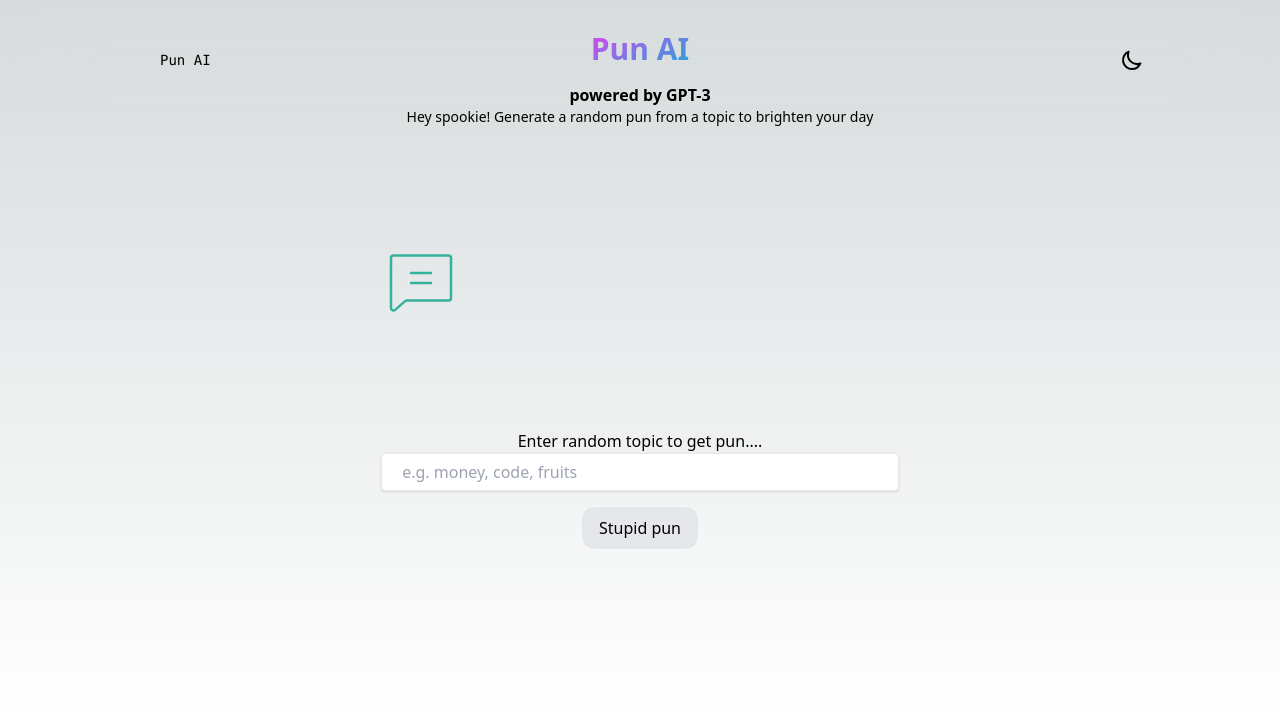
Repository: tushcmd/next-puns-ai
Page: /
An editor plug-in stored every save of this project. The page is shown before and after the next save, followed by the edit.
The browser window is 1280 px wide. The pictures show the whole page.
The project was rebuilt for these pictures with package versions that can differ from the ones it lists, and the page was loaded fresh each time. The framework's server and built-in components were replaced by stand-ins that run in the browser. Also part of the build but not shown: next.config.mjs, app/components/Spinner.tsx.

Above is the page before, as saved 2024-03-08 01:25:04.

### app/layout.tsx
import type { Metadata } from "next";
import { Inter } from "next/font/google";
import "./globals.css";

const inter = Inter({ subsets: ["latin"] });

export const metadata: Metadata = {
  title: "Create Next App",
  description: "Generated by create next app",
};

export default function RootLayout({
  children,
}: Readonly<{
  children: React.ReactNode;
}>) {
  return (
    <html lang="en">
      <body className={`{inter.className} w-full overflo-y-visible overflow-x-hidden`}>{children}</body>
    </html>
  );
}

### app/page.tsx
import Header from "./components/header";
import Hero from "./components/hero";



export default function Home() {

  return (
    <main className="flex min-h-screen flex-col items-center">
      <Header />
      <Hero />

    </main>
  );
}



 {/* async function handleSubmit(e: FormEvent:<HTMLFormElement>) {
    return ;
  }    */}

{/*Nav*/}
{/*
      <div className="z-10 max-w-5xl w-full items-center justify-between font-mono text-sm lg:flex">
        <p className="fixed left-0 top-0 flex w-full justify-center border-b border-gray-300 bg-gradient-to-b from-zinc-200 py-2 backdrop-blur-2xl dark:border-neutral-800 dark:bg-zinc-800/30 dark:from-inherit lg:static lg:w-auto  lg:rounded-xl lg:border lg:bg-gray-200 lg:p-0 lg:dark:bg-zinc-800/30">
          Pun AI
        </p>

        <div className="fixed bottom-0 left-0 flex h-48 w-full items-end justify-center bg-gradient-to-t from-white via-white dark:from-black dark:via-black lg:static lg:h-auto lg:w-auto lg:bg-none">
          {/*<div>
            Dak
       </div>
          <a
            className="pointer-events-none flex place-items-center gap-2 p-8 lg:pointer-events-auto lg:p-0"
            href="https://tushdev.co/"
            target="_blank"
            rel="noopener noreferrer"
          >
            By{" "}
            <p>@tush</p>
          </a>
        </div>
      </div>

      <div className="relative flex flex-col place-items-center before:absolute before:h-[300px] before:w-full sm:before:w-[480px] before:-translate-x-1/2 before:rounded-full before:bg-gradient-radial before:from-white before:to-transparent before:blur-2xl before:content-[''] after:absolute after:-z-20 after:h-[180px] after:w-full sm:after:w-[240px] after:translate-x-1/3 after:bg-gradient-conic after:from-sky-200 after:via-blue-200 after:blur-2xl after:content-[''] before:dark:bg-gradient-to-br before:dark:from-transparent before:dark:to-blue-700 before:dark:opacity-10 after:dark:from-sky-900 after:dark:via-[#0141ff] after:dark:opacity-40 before:lg:h-[360px] z-[-1]">
        <p className="p-4 lg:pb-8 text-xl">
          Generate a random pun from a topic to brighten your day <br /> with Pun AI
        </p>
        <svg
          xmlns="http://www.w3.org/2000/svg"
          width="156"
          height="156"
          viewBox="0 0 24 24"
          fill="none"
          stroke="#FFFFFF"
          stroke-width="2"
          stroke-linecap="round"
          stroke-linejoin="round"
          className="lucide lucide-smile"><circle cx="12" cy="12" r="10" /><path d="M8 14s1.5 2 4 2 4-2 4-2" /><line x1="9" x2="9.01" y1="9" y2="9" /><line x1="15" x2="15.01" y1="9" y2="9"
          />
        </svg>
      </div>

      <form className="flex flex-col justify-between mb-32 text-center lg:max-w-3xl lg:w-full lg:mb-0 lg:grid-cols-4">
        <div className='w-full mb-4'>
          <label className="block items-center justify-center mb-4" htmlFor="prompt-input">
            Enter random topic to get pun...
          </label>
          <input
            className="shadow appearance-none border rounded w-full py-2 px-3 text-gray-700 leading-tight focus:outline-none focus:shadow-outline"
            id="prompt-input"
            type="text"
            placeholder="e.g. money, code, fruits">
          </input>
        </div>
        <button
          type="submit"
          className="bg-blue-500 hover:bg-blue-700 text-white font-bold py-2 px-4 rounded focus:outline-none focus:shadow-outline"
        >
          Generate Pun
        </button>
      </form> */}

### app/globals.css
@tailwind base;
@tailwind components;
@tailwind utilities;

:root {
  --foreground-rgb: 0, 0, 0;
  --background-start-rgb: 214, 219, 220;
  --background-end-rgb: 255, 255, 255;
}

* {
  scroll-behavior: smooth;
}

@media (prefers-color-scheme: dark) {
  :root {
    --foreground-rgb: 255, 255, 255;
    --background-start-rgb: 0, 0, 0;
    --background-end-rgb: 0, 0, 0;
  }
}

body {
  color: rgb(var(--foreground-rgb));
  background: linear-gradient(
      to bottom,
      transparent,
      rgb(var(--background-end-rgb))
    )
    rgb(var(--background-start-rgb));
}

@layer utilities {
  .text-balance {
    text-wrap: balance;
  }
}

### app/components/header.tsx
import Link from "next/link";
import ThemeSwitchButton from "./ThemeSwitchButton";

export default function Header() {
    return (
        <header className="fixed flex justify-center items-center w-full t-0 md:pb-4 md:pt-4 backdrop-blur-2xl">
            <div className="flex flex-row items-center w-full py-6 md:max-w-5xl justify-between font-mono text-sm">
                <Link
                    className="px-8"
                    href='/'
                >
                    Pun AI
                </Link>

                <ThemeSwitchButton />
            </div>
        </header>


    );
}


{/*<header className = 'fixed flex justify-center items-center w-full z-50 t-0 border-gray-300 bg-gradient-to-b from-zinc-200 pb-6 pt-8 backdrop-blur-2xl dark:border-neutral-800 dark:bg-zinc-800/30 dark:from-inherit lg:static  lg:rounded-xl lg:border lg:bg-gray-200 lg:p-4 lg:dark:bg-zinc-800/30'>
            <div className="flex items-start md:max-w-5xl py-3 w-auto md:px-5 px-5 justify-start font-mono text-sm">
                <Link href='/' className=''> Pun AI</Link>
            </div>
        </header> */}

{/*} <div className="flex flex-row z-10 max-w-5xl w-full items-center justify-between font-mono text-sm">
            <p className="fixed left-0 top-0 flex items-start border-b border-gray-300 bg-gradient-to-b from-zinc-200 pb-6 pt-8 backdrop-blur-2xl dark:border-neutral-800 dark:bg-zinc-800/30 dark:from-inherit lg:static w-auto  lg:rounded-xl lg:border lg:bg-gray-200 lg:p-4 lg:dark:bg-zinc-800/30">
                Pun AI
            </p>
            <p>h2</p>
        </div> */}

### app/components/hero.tsx
'use client'

import { useState, FormEvent } from "react";
import Spinner from "./Spinner";




export default function Hero() {

    const [pun, setPun] = useState("");
    const [punLoading, setPunLoading] = useState(false);
    const [punLoadingError, setPunLoadingError] = useState(false);

    async function handleSubmit(e: FormEvent<HTMLFormElement>) {
        e.preventDefault();
        const formData = new FormData(e.target as HTMLFormElement);
        const prompt = formData.get("prompt")?.toString().trim();

        if (prompt) {
            try {
                setPun("");
                setPunLoadingError(false);
                setPunLoading(true);

                const response = await fetch("/api/cringe?prompt=" + encodeURIComponent(prompt));
                const body = await response.json();
                setPun(body.pun);
            } catch (error) {
                console.error(error);
                setPunLoadingError(true);
            } finally {
                setPunLoading(false);
            }
        }
    }



    return (
        <div className="flex flex-col relative justify-center items-center h-screen md:py-10 py-6 overflow-wrap max-w-3xl px-5">
            <p className="text-3xl font-bold pb-4 bg-gradient-to-br from-fuchsia-500 to-cyan-500 bg-clip-text text-transparent">Pun AI</p>
            <p className="text-base font-bold">powered by GPT-3</p>
            <div className="text-sm">Hey spookie! Generate a random pun from a topic to brighten your day</div>
            <div className='mx-[2rem] relative w-full flex items-center aspect-[12/7]'>
                <svg xmlns="http://www.w3.org/2000/svg" width="80" height="80" fill="#34b29b" viewBox="0 0 256 256"><path d="M216,52H40A12,12,0,0,0,28,64V224a11.89,11.89,0,0,0,6.93,10.88A12.17,12.17,0,0,0,40,236a11.89,11.89,0,0,0,7.69-2.83l.06-.06,32.14-28.17A4,4,0,0,1,82.5,204H216a12,12,0,0,0,12-12V64A12,12,0,0,0,216,52Zm4,140a4,4,0,0,1-4,4H82.5a12.1,12.1,0,0,0-7.79,2.87l-32.16,28.2A4,4,0,0,1,36,224V64a4,4,0,0,1,4-4H216a4,4,0,0,1,4,4Zm-56-80a4,4,0,0,1-4,4H96a4,4,0,0,1,0-8h64A4,4,0,0,1,164,112Zm0,32a4,4,0,0,1-4,4H96a4,4,0,0,1,0-8h64A4,4,0,0,1,164,144Z"></path></svg>
            </div>
            <form onSubmit={handleSubmit} className='flex flex-col justify-between mb-32 text-center items-center'>
                <div className='mb-4'>
                    <label
                        className="pb-8"
                    >
                        Enter random topic to get pun....
                    </label>
                    <input
                        className="shadow appearance-none border rounded w-full py-2 px-5 text-gray-700 leading-tight focus:outline-none focus:shadow-outline"
                        id="prompt-input"
                        type="text"
                        placeholder="e.g. money, code, fruits">
                    </input>
                </div>
                <button type='submit' className='mb-3 border static rounded-xl bg-gray-200 py-2 px-4 hover:bg-zinc-400 dark:bg-zinc-800/30' disabled={punLoading}>
                    Stupid pun
                </button>
            </form>

            {punLoading && <Spinner />}
            {punLoadingError && "Something went wrong. Please try again."}
            {pun && <h5>{pun}</h5>}
        </div>
    )
}

### app/components/ThemeSwitchButton.tsx
'use client'

import { useEffect, useState } from 'react';
import { useTheme } from 'next-themes';

export default function ThemeSwitchButton() {
    const [mounted, setMounted] = useState(false);
    const { resolvedTheme, setTheme } = useTheme();
    // After mounting, we have access to the theme
    useEffect(() => setMounted(true), []);

    return (

        <button
            aria-label="Toggle Dark Mode"
            type="button"
            className="w-10 h-10  flex items-center justify-center hover:bg-neutral-200 hover:dark:bg-neutral-600 rounded-full transition-all"
            onClick={() =>
                setTheme(resolvedTheme === "dark" ? "light" : "dark")
            }
        >
            {mounted && (
                <svg xmlns="http://www.w3.org/2000/svg"
                    fill="none"
                    viewBox="0 0 24 24"
                    strokeWidth="1.5"
                    stroke="currentColor"
                    className="w-6 h-6 switch">

                    {resolvedTheme === "dark" ? (
                        <path
                            strokeLinecap="round"
                            strokeLinejoin="round"
                            strokeWidth={2}
                            d="M12 3v1m0 16v1m9-9h-1M4 12H3m15.364 6.364l-.707-.707M6.343 6.343l-.707-.707m12.728 0l-.707.707M6.343 17.657l-.707.707M16 12a4 4 0 11-8 0 4 4 0 018 0z"
                        />

                    ) : (
                        <path
                            strokeLinecap="round"
                            strokeLinejoin="round"
                            strokeWidth={2}
                            d="M20.354 15.354A9 9 0 018.646 3.646 9.003 9.003 0 0012 21a9.003 9.003 0 008.354-5.646z"
                        />

                    )}
                </svg>
            )
            }
        </button >

    )
}

### tailwind.config.ts
import type { Config } from "tailwindcss";

const config: Config = {
  content: [
    "./pages/**/*.{js,ts,jsx,tsx,mdx}",
    "./components/**/*.{js,ts,jsx,tsx,mdx}",
    "./app/**/*.{js,ts,jsx,tsx,mdx}",
  ],
  theme: {
    extend: {
      backgroundImage: {
        "gradient-radial": "radial-gradient(var(--tw-gradient-stops))",
        "gradient-conic":
          "conic-gradient(from 180deg at 50% 50%, var(--tw-gradient-stops))",
      },
      screens: {
        sm: '480px',
        md: '768px',
        lg: '976px',
        xl: '1440px',
      },
    },
  },
  plugins: [],
};
export default config;

### app/components/footer.tsx
import Link from "next/link";


export default function Footer() {
    return (
        <div className="inline-flex p-6 max-w-3xl gap-3">
            <div>
                <Link
                    href="https://github.com/#"
                    target="_blank"
                    rel="noreferrer"
                    className="text-gray-500 hover:text-gray-900 dark:text-gray-400 dark:hover:text-gray-200"
                >
                    <svg xmlns="http://www.w3.org/2000/svg" width="24" height="24" viewBox="0 0 24 24" fill="none" stroke="currentColor" stroke-width="2" stroke-linecap="round" stroke-linejoin="round" className="lucide lucide-github"><path d="M15 22v-4a4.8 4.8 0 0 0-1-3.5c3 0 6-2 6-5.5.08-1.25-.27-2.48-1-3.5.28-1.15.28-2.35 0-3.5 0 0-1 0-3 1.5-2.64-.5-5.36-.5-8 0C6 2 5 2 5 2c-.3 1.15-.3 2.35 0 3.5A5.403 5.403 0 0 0 4 9c0 3.5 3 5.5 6 5.5-.39.49-.68 1.05-.85 1.65-.17.6-.22 1.23-.15 1.85v4" /><path d="M9 18c-4.51 2-5-2-7-2" /></svg>
                </Link>
            </div>
            <Link
                className="pointer-events-none flex place-items-center gap-2 px-8 lg:pointer-events-auto lg:p-0"
                href="https://tushdev.co/"
                target="_blank"
                rel="noopener noreferrer"
            >
                By{" "}
                <p>@tush</p>
            </Link>

        </div>
    )
}

After the next save:
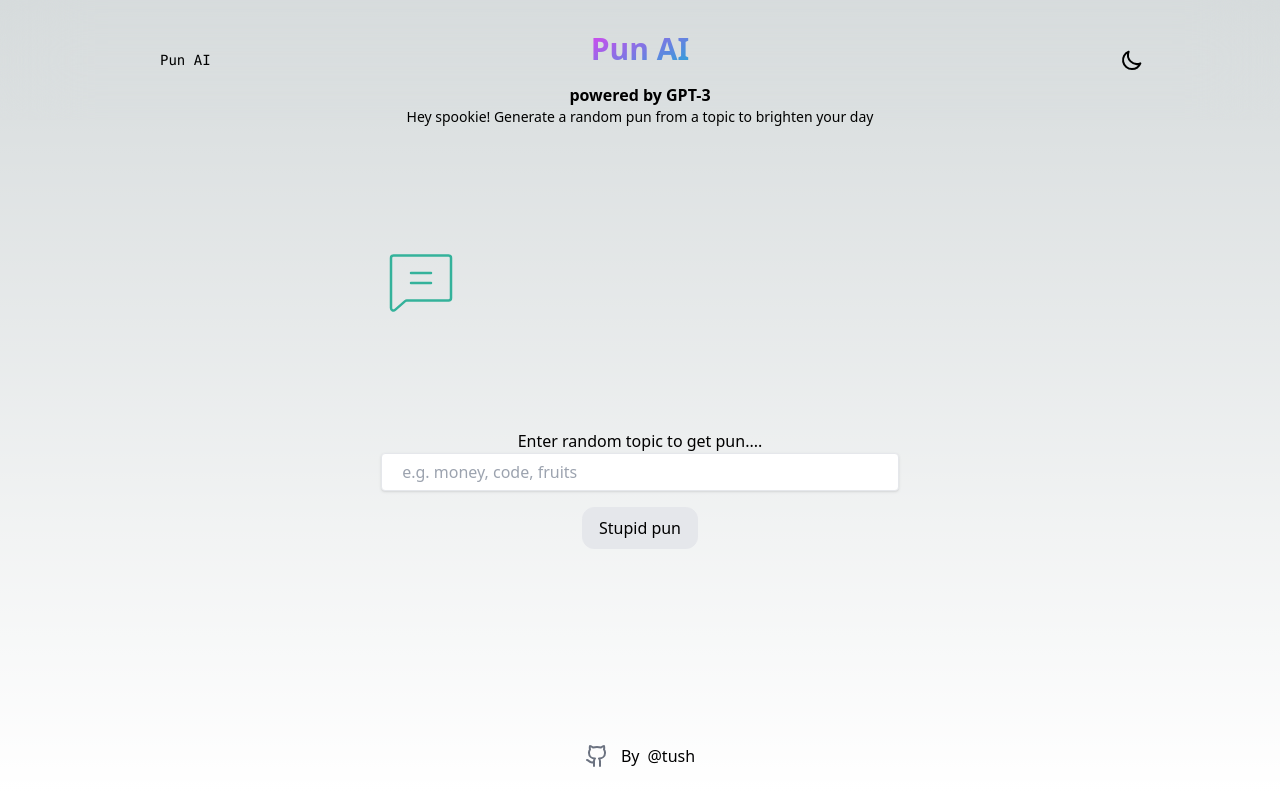
Saved 45 s later.
--- a/app/page.tsx
+++ b/app/page.tsx
@@ -1,3 +1,4 @@
+import Footer from "./components/footer";
 import Header from "./components/header";
 import Hero from "./components/hero";
 
@@ -9,7 +10,7 @@
     <main className="flex min-h-screen flex-col items-center">
       <Header />
       <Hero />
-
+      <Footer />
     </main>
   );
 }
